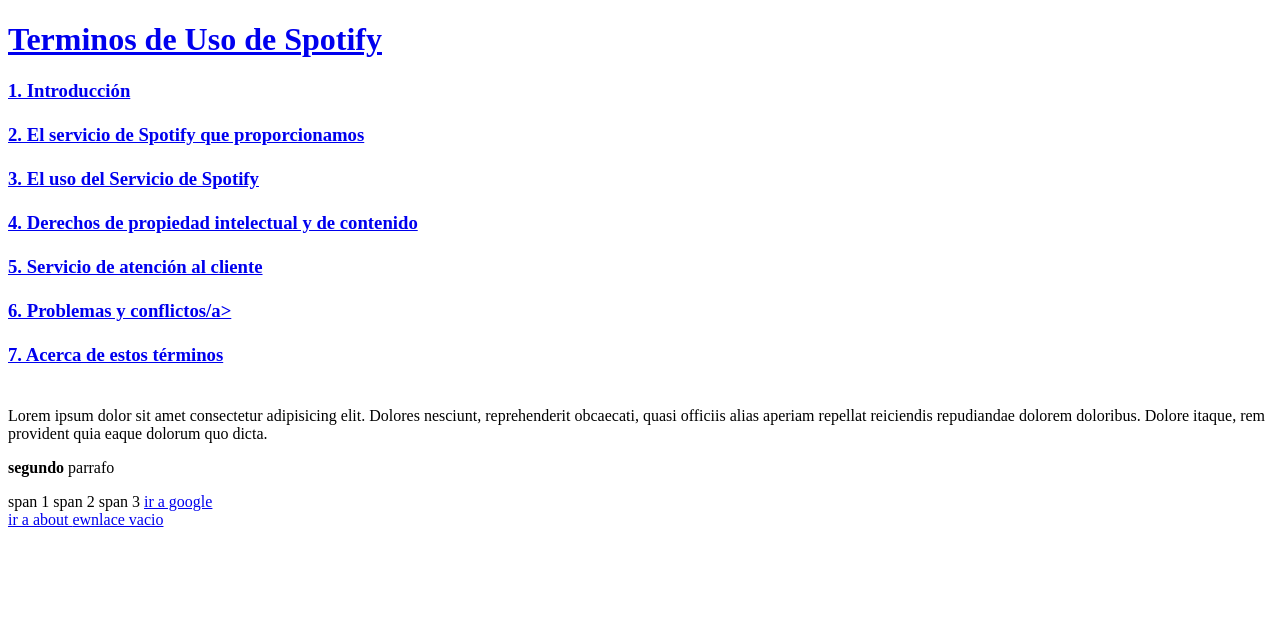
Repository: Devbenitez/Gen_30
Page: Gen_30/maquetado/index.html
These files come from the project's save history. The page is drawn as it stood at one moment and after the next save; the edit follows.
The browser window is 1280 px wide. The pictures show the whole page.

Above is the page before, as saved 2023-10-31 03:40:41.

After the next save:
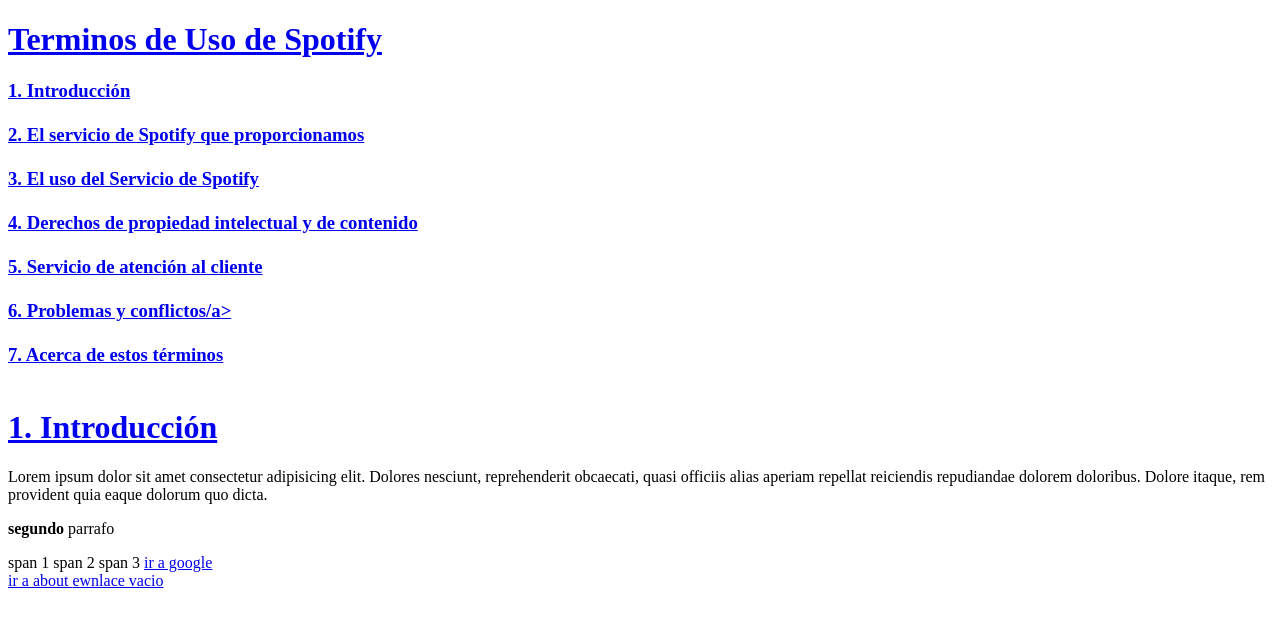
Saved 58 s later.
--- a/Gen_30/maquetado/index.html
+++ b/Gen_30/maquetado/index.html
@@ -42,6 +42,9 @@
         <br />
         <br />
       </h3>
+      <h1>
+        <a href="#"> 1. Introducción</a></h1>
+
       <!-- parrafos -->
       <p>
         Lorem ipsum dolor sit amet consectetur adipisicing elit. Dolores
